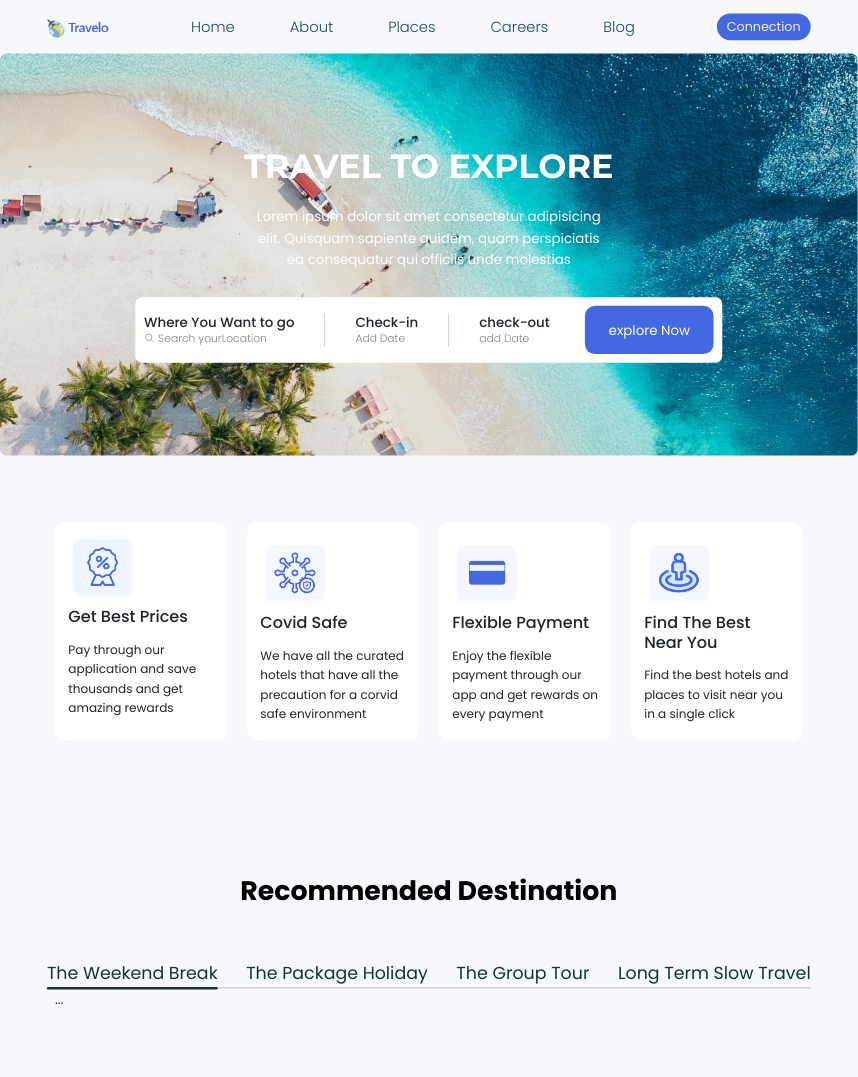
Repository: kuluong2000/travel
Page: index.html
An editor plug-in stored every save of this project. The page is shown before and after the next save, followed by the edit.
The browser window is 1280 px wide. The pictures show the whole page, at 67% of full size.
The style sheet was rebuilt from its Sass, Less or Tailwind sources for each picture, by a compiler version that may differ from the author's.

Above is the page before, as saved 2021-09-09 20:40:29.

After the next save:
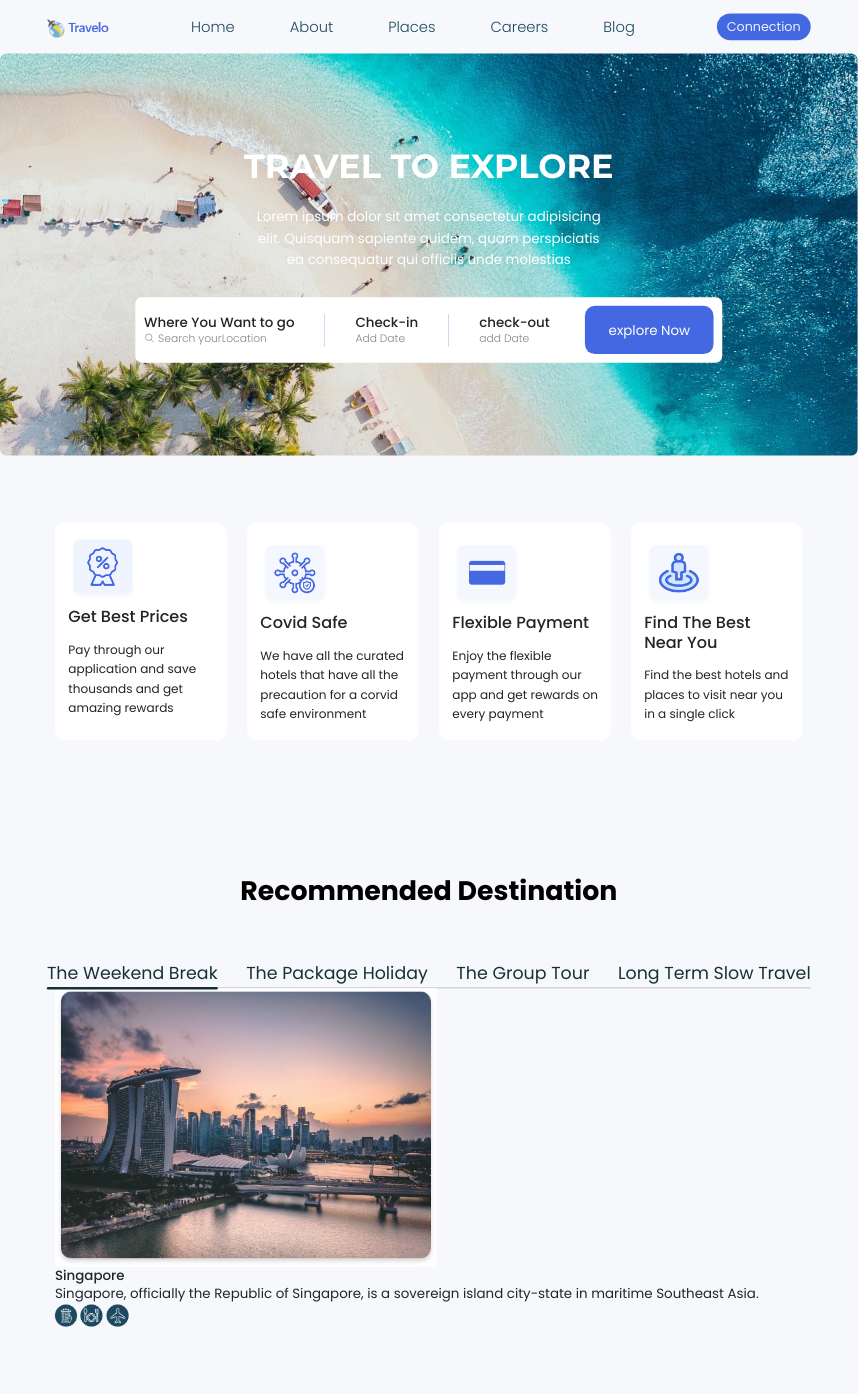
Saved 11 min 32 s later.
--- a/index.html
+++ b/index.html
@@ -145,7 +145,28 @@
               </ul>
             </div>
             <div class="tab-content" id="pills-tabContent">
-              <div class="tab-pane fade show active" id="pills-home" role="tabpanel" aria-labelledby="pills-home-tab">...</div>
+              <div class="tab-pane fade show active" id="pills-home" role="tabpanel" aria-labelledby="pills-home-tab">
+                <div class="destination__cards">
+                  <div class="destination__card">
+                    <img src="./assets/image/Singapore.jpg" alt="" class="destination__img" />
+                    <div class="destination__card__content">
+                      <div class="destination__card__top">
+                        <h4 class="destination__card__top__name">Singapore</h4>
+                        <p class="destination__card__top__desc">Singapore, officially the Republic of Singapore, is a sovereign island city-state in maritime Southeast Asia.</p>
+                      </div>
+                      <div class="destination__card__bottom">
+                        <div class="destination__card__bottom__info">
+                          <div class="destination__card__bottom__info__view">
+                            <img src="./assets/image/destination_icon1.png" alt="" />
+                            <img src="./assets/image/destination_icon2.png" alt="" />
+                            <img src="./assets/image/destination_icon3.png" alt="" />
+                          </div>
+                        </div>
+                      </div>
+                    </div>
+                  </div>
+                </div>
+              </div>
               <div class="tab-pane fade" id="pills-profile" role="tabpanel" aria-labelledby="pills-profile-tab">...</div>
               <div class="tab-pane fade" id="pills-contact" role="tabpanel" aria-labelledby="pills-contact-tab">...</div>
             </div>
